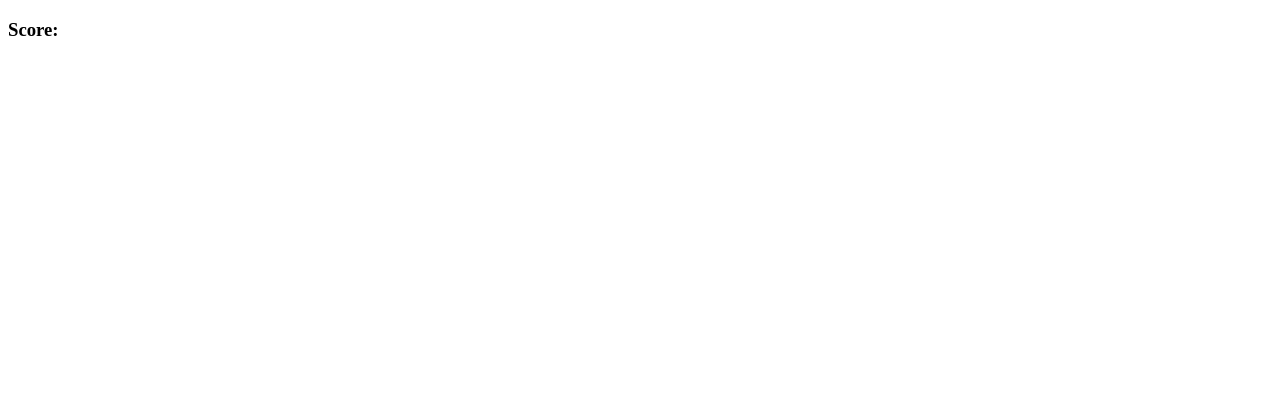
Repository: Zetzher/Memory-Game
Page: index.html
An editor plug-in stored every save of this project. The page is shown before and after a run of saves, followed by the edit.
The browser window is 1280 px wide. The pictures show the whole page.

Above is the page before, as saved 2020-04-26 18:57:20.
Console error: ReferenceError: ice is not defined

### index.html
<!DOCTYPE html>
<html lang="en">
<head>
    <meta charset="UTF-8">
    <meta name="viewport" content="width=device-width, initial-scale=1.0">
    <title>Document</title>
    <link href="style.css" rel="stylesheet" type="text/css">
    <script src="./app.js"></script>
</head>
<body>


<h3>Score: <span id="result"> </span></h3>
<div class="grid">
</div>

</body>
</html>

### style.css
.grid {
    display: flex;
    flex-wrap: wrap;
    height: 300px;
    width: 400px;
}

### app.js
document.addEventListener('DOMContentLoaded', () => {

    //card options:

    const cardArrays = [{
            name: "cheeseburguer",
            img: 'images/cheeseburger.png'
        },
        {
            name: "cheeseburguer",
            img: 'images/cheeseburger.png'
        },
        {
            name: "fries",
            img: 'images/fries.png'
        },
        {
            name: "fries",
            img: 'images/fries.png'
        },
        {
            name: "hotdog",
            img: 'images/hotdog.png'
        },
        {
            name: "hotdog",
            img: 'images/hotdog.png'
        },
        {
            name: "ice-cream",
            img: 'images/ice-cream.png'
        },
        {
            name: ice-cream,
            img: 'images/ice-cream.png'
        },
        {
            name: milkshake,
            img: 'images/milkshake.png'
        },
        {
            name: milkshake,
            img: 'images/milkshake.png'
        },
        {
            name: pizza,
            img: 'images/pizza.png'
        },
    ]

    const grid = document.querySelector('.grid')

    //create your board
    function createBoard() {
        for (let i = 0; i < cardArrays.length; i++) {
            var card = document.createElement('img')
            card.setAttribute('src', './images/blank.png')
            card.setAttribute('data-id', i)

            grid.appendChild(card)
        }
    }

    //check for matches

    createBoard()


})

After the next 3 saves:
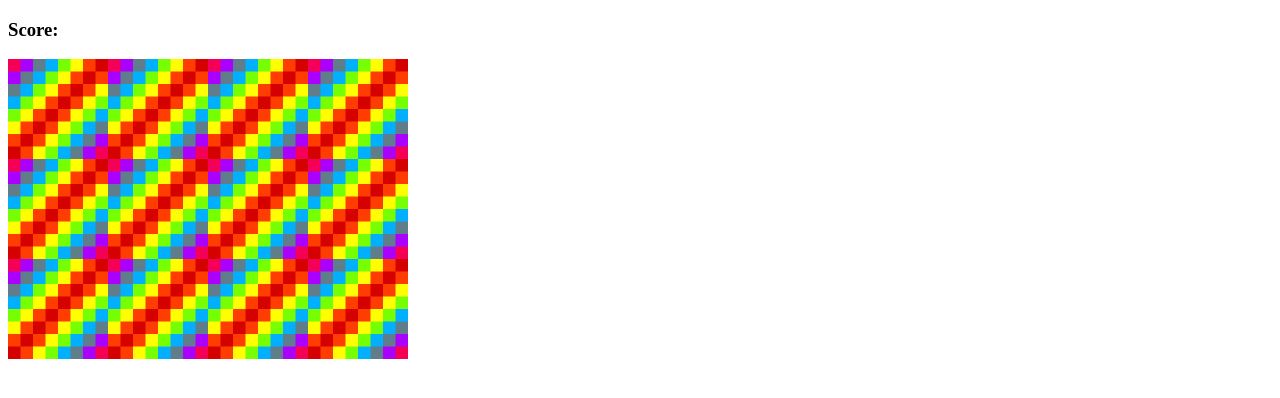
The error is gone.
The 3 saves are shown as one change because they came seconds apart.
The last was saved 9 s later.
--- a/app.js
+++ b/app.js
@@ -31,19 +31,23 @@ document.addEventListener('DOMContentLoaded', () => {
             img: 'images/ice-cream.png'
         },
         {
-            name: ice-cream,
+            name: "ice-cream",
             img: 'images/ice-cream.png'
         },
         {
-            name: milkshake,
+            name: "milkshake",
             img: 'images/milkshake.png'
         },
         {
-            name: milkshake,
+            name: "milkshake",
             img: 'images/milkshake.png'
         },
         {
-            name: pizza,
+            name: "pizza",
+            img: 'images/pizza.png'
+        },
+        {
+            name: "pizza",
             img: 'images/pizza.png'
         },
     ]
